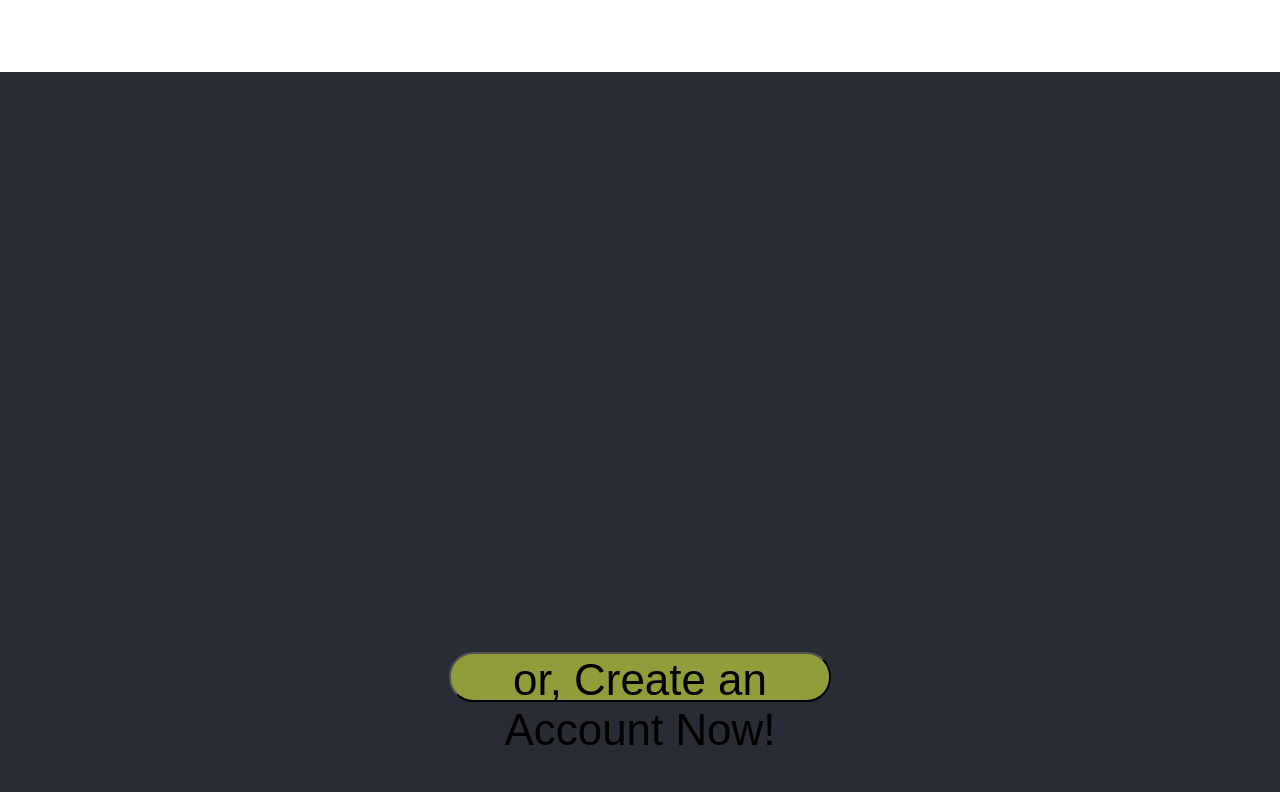
Repository: MikeTroianello/phos-react
Page: /
The author's editor kept a copy of each file at every save. The page is drawn from the files as they stood at one save, then again after the next save.
The browser window is 1280 px wide. The pictures show the whole page.
The project was rebuilt for these pictures with package versions that can differ from the ones it lists, and the page was loaded fresh each time.

Above is the page before, as saved 2020-06-02 00:23:21.

### src/App.js
import React from 'react';
import logo from './logo.svg';
import './App.css';
import Card from './components/card/Card';

function App() {
  return (
    <div className='App'>
      <header className='App-header'>
        <Card />
      </header>
    </div>
  );
}

export default App;

### src/components/card/Card.js
import React from 'react';
import './card.css';

class Card extends React.Component {
  state = {
    signup: false,
  };
  render() {
    let toggle;
    let thing;
    this.state.signup
      ? (toggle = 'Go back to Login')
      : (toggle = 'or, Create an Account Now!');
    this.state.signup ? (thing = 'card flipped') : (thing = 'card');
    return (
      <div className='signup-login-container'>
        <section className='container'>
          <div className={thing}>
            <div className='front card-div'></div>
            <div className='back card-div'></div>
          </div>
        </section>
        <button className='create-button' onClick={this.toggle}>
          {toggle}
        </button>
      </div>
    );
  }
}

export default Card;

### src/components/card/card.css
.homepage-top {
  display: flex;
  justify-content: space-evenly;
  flex-wrap: wrap;
  height: 82vh;
}

@media (min-width: 427px) and (max-width: 976px) {
  .homepage-top {
    height: 150vh;
    background-position: 0% 22%;
  }
}

/* @media (max-width: 427px) {
  .homepage-top {
    height: 1200px;
    background-position: 0% 22%;
  }
} */

.homepage-greet {
  margin-top: 6vh;
}

.homepage-greet h1 {
  font-size: 6em;
}

.homepage-greet p {
  font-size: 2em;
}

.homepage-separation {
  height: 1vh;
  width: auto;
  background-color: rgba(148, 151, 168, 0.9);
  margin-top: -1vh;
}

.homepage-sad {
  margin: 5vw;
  /* margin-left: 5vw; */
}

.homepage-sad h2 {
  font-size: 5em;
  text-align: center;
}

.homepage-sad h4 {
  font-size: 2.5em;
  text-align: center;
  margin: 10vw;
}

.homepage-sad p {
  font-size: 1.75em;
  text-align: center;
}

.homepage-sunlog {
  display: flex;
  justify-content: space-between;
  flex-wrap: wrap;
}

.sunlog-description {
  margin-left: 5vw;
  text-align: center;
  max-width: 700px;
}

.sunlog-description h2 {
  font-size: 3em;
}

.sunlog-description p {
  font-size: 1.3em;
  margin: 7vh 0;
}

.sunlog-example {
  display: flex;
  flex-direction: column;
  /* max-width: 98%; */
  padding: 1%;
}

.sunlog-example h4 {
  text-align: center;
  margin: 0 0 2vh 0;
}

.sunlog-create {
  margin: 10vh 0;
}

.footer {
  /* position: absolute; */
  /* bottom: 0;
  width: 100%; */
  border-top: 1px solid black;
  display: flex;
  justify-content: space-evenly;
  background-color: rgb(119, 159, 219);
  overflow: auto;
}

.footer-button {
  margin: 3vh 0;
  height: 50%;
  width: 122px;
  font-size: 1em;
  background-color: rgb(224, 242, 243);
}

.footer-button:hover {
  transition: 0.25s;
  background-color: rgb(183, 207, 218);
}

/* .footer-contact {
  text-align: center;
} */

/* FOR THE FOOTER LOGO */

.footer-logo {
  display: flex;
  align-items: center;
  /* color: white; */
  padding: 1px 6px 0;
  font-weight: bold;
  border-style: solid;
  /* border-color: White; */
  width: 40px;
  /* border-width: 2px; */
  margin: 30px 0;
}

.mt-logo {
  margin: 3px 0;
  text-align: center;
}

/* EVERYTHING BELOW HERE IS FOR THE CARD FLIP ANIMATION AND POSSIBLY A VIDEO PLAYER */

.signup-login-container {
  margin: 5vh 0 0 0;
  display: flex;
  flex-direction: column;
  max-width: 425px;
  align-items: center;

  /* color: green; */
}

.create-button {
  width: 90%;
  height: 50px;
  border-radius: 1ch;
  font-size: 1.8em;
  margin: 15vh 0 0 0;
  /* background-color: rgba(93, 87, 87, 0.7); */
  background-color: rgba(180, 194, 60, 0.75);
}

@media (min-height: 760px) {
  .create-button {
    margin: 18vh 0 0 0;
  }
}

@media (min-width: 450px) and(max-width: 580px) {
  .homepage-greet h1 {
    font-size: 5em;
  }
  .homepage-greet p {
    text-align: center;
  }
}

@media (max-width: 450px) {
  .homepage-greet h1 {
    font-size: 4em;
  }

  .homepage-greet p {
    text-align: center;
  }
}

.create-button:hover {
  transition: 0.3s;
  background-color: rgba(93, 87, 87, 0.8);
}

.container {
  width: 420px;
  height: 345px;
  position: relative;
  -webkit-perspective: 1000px;
  -moz-perspective: 1000px;
  -o-perspective: 1000px;
  perspective: 1000px;
}
.card {
  width: 100%;
  height: 100%;
  position: absolute;

  -webkit-transition: -webkit-transform 1s;
  -moz-transition: -moz-transform 1s;
  -o-transition: -o-transform 1s;
  transition: transform 1s;
  -webkit-transform-style: preserve-3d;
  -moz-transform-style: preserve-3d;
  -o-transform-style: preserve-3d;
  transform-style: preserve-3d;
  -webkit-transform-origin: 50% 50%;
}

.card-div {
  display: block;
  height: 100%;
  width: 100%;
  /*     line-height: 260px; */
  /*     color: white; */
  text-align: center;
  font-weight: bold;
  /*     font-size: 140px; */
  position: absolute;
  -webkit-backface-visibility: hidden;
  -moz-backface-visibility: hidden;
  -o-backface-visibility: hidden;
  backface-visibility: hidden;
}
.card .front {
  /* background: red; */
  /* background-color: rgba(255, 255, 255, 0.2); */
}
.card .back {
  /* background: blue; */
  /* background-color: rgba(255, 255, 255, 0.2); */
  -webkit-transform: rotateY(180deg);
  -moz-transform: rotateY(180deg);
  -o-transform: rotateY(180deg);
  transform: rotateY(180deg);
}
.card.flipped {
  -webkit-transform: rotateY(180deg);
  -moz-transform: rotateY(180deg);
  -o-transform: rotateY(180deg);
  transform: rotateY(180deg);
}

/* FOR THE VIDEO */

#myVideo {
  position: fixed;
  right: 0;
  bottom: 0;
  min-width: 100%;
  min-height: 100%;
}

/* Add some content at the bottom of the video/page */
.content {
  position: fixed;
  bottom: 0;
  background: rgba(0, 0, 0, 0.5);
  color: #f1f1f1;
  width: 100%;
  padding: 20px;
}

/* Style the button used to pause/play the video */
#myBtn {
  width: 200px;
  font-size: 18px;
  padding: 10px;
  border: none;
  background: #000;
  color: #fff;
  cursor: pointer;
}

#myBtn:hover {
  background: #ddd;
  color: black;
}

@media (max-width: 426px) {
  .container {
    max-width: 315px;
    perspective: 0px;
  }

  .create-button {
    margin: 3vh 0 0 0;
  }

  .signup-login-container {
    margin: 0;
  }

  .homepage-top {
    height: 136vh;
  }

  .create-button {
    width: 100%;
    height: auto;
  }

  .signup {
    height: 340px;
  }
}

@media (max-width: 375px) {
  .homepage-sad {
    margin: 0;
    text-align: center;
  }

  .sunlog-description {
    margin: 0;
  }
}

@media (max-width: 470px) {
  .footer-button {
    display: none;
  }

  .footer-contact {
    font-size: 0.8em;
    text-align: start;
    margin-top: 17px;
  }

  .footer-contact p {
    margin: 7px 0 0;
  }

  .footer-logo {
  }
}

/* NAVBAR */

.navbar {
  display: flex;
  justify-content: space-between;
  align-items: center;
  border-bottom: 1px solid black;
  height: 10vh;
  position: fixed;
  width: 100%;
  top: 0;
  background-color: rgb(142, 194, 234);
  /* background-color: rgb(180, 214, 241) */
  z-index: 1;
  /* overflow: hidden; */
}

.nav-links {
  display: flex;
  justify-content: space-around;
  width: 50%;
}

@media (min-width: 730px) and (max-width: 850px) {
  .nav-links {
    width: 60%;
  }
}
@media (min-width: 427px) and (max-width: 730px) {
  .nav-links {
    width: 80%;
    font-size: 0.75em;
  }

  .logged-in-user {
    font-size: 0.75em;
  }
}

@media (max-width: 426px) {
  .nav-links {
    width: 100%;
    font-size: 0.75em;
  }

  .logged-in-user {
    display: none;
  }
}

.logged-in-user {
  margin: 0 0 0 2vw;
}

.nav-links a {
  color: black;
  text-decoration: none;
  font-size: 1.5em;
}

.nav-links a:hover {
  transition: 0.2s;
  color: rgb(1, 24, 128);
  /* text-decoration: underline; */
}

.chosen {
  color: rgb(30, 4, 95);
  text-decoration: underline;
}

.App {
  text-align: center;
  margin-top: 10vh;
}

.App-header {
  background-color: #282c34;
  min-height: 100vh;
  display: flex;
  flex-direction: column;
  align-items: center;
  justify-content: center;
  font-size: calc(10px + 2vmin);
  color: white;
}

.App-link {
  color: #09d3ac;
}

h1 {
  text-align: center;
}

i {
  text-align: center;
}

a {
  text-decoration: none;
}

.top-push {
  margin-top: 12.25vh;
}

/* CREATE LOGS */

.log-head {
  /* display: flex; */
  border-bottom: 1px solid black;
}

.log-head > span {
  justify-content: space-between;
  margin: -21px 0px 0px;
}

.name-and-gender {
  display: flex;
  justify-content: space-around;
  align-items: center;
  /* border: 1px solid black; */
  /* justify-content: space-evenly; */
}

.name-and-gender > div {
  width: 30%;
}

.name-box {
  min-width: 45%;
  text-align: center;
}

@media (max-width: 375px) {
  .name-box {
    font-size: 0.75em;
  }
}

.weather-box {
  text-align: center;
  margin-top: -3.5%;
  /* max-width: 45%; */
  /* border-bottom: 1px solid black; */
  /* border-left: 1px solid black; */
  /* border-radius: 2%; */
}

.weather-box > p {
  /* max-width: 45%; */

  font-size: 0.75em;
  margin-top: 7px;
  margin-bottom: 2px;
}

.weather-icon {
  margin: -43px 0px -36px;
  /* margin: -41px 15px -36px; */
  /* border: 1px solid black; */
  /* FOR MOBILE margin:-6.7vh 4.98vw */
}

.gradient {
  background: rgb(2, 10, 46);
  background: linear-gradient(
    90deg,
    rgba(2, 10, 46, 1) 0%,
    rgba(12, 35, 135, 1) 30%,
    rgba(87, 139, 53, 1) 59%,
    rgba(255, 195, 66, 1) 100%
  );
}

.red {
  color: red;
  text-align: center;
}
.false {
  color: red;
  text-align: center;
}

.green {
  color: rgb(16, 116, 16);
  text-align: center;
}

.black {
  color: black;
  text-align: center;
}

/* VIEW ALL LOGS PAGE */

.view-header {
  display: flex;
  flex-wrap: wrap;
  justify-content: space-evenly;
  /* border-bottom: 1px dotted black; */
}

.view-header > div > h1 {
  margin: 0px 0 4vh 0;
}

.create-log-link {
  text-align: center;
}

.log-box {
  display: flex;
  flex-wrap: wrap;
  justify-content: space-evenly;
}

.log {
  border: 1px solid black;
  margin: 5vh 1.4vw;
  padding: 0 1vw;
  border-radius: 10px;
  width: 550px;
  box-shadow: 2px 2px #9398a2;
  background-color: #baccf1;
  /* min-width: 420px; */
}

.mock-log {
  border: 1px solid black;
  margin: 5vh 1.4vw;
  padding: 0 1vw;
  border-radius: 10px;
  max-width: 550px;
  box-shadow: 2px 2px #9398a2;
  background-color: #baccf1;
}

.log h2 {
  text-align: center;
}

.weather-audit {
  border: 1px solid black;
  margin: 1vh;
  padding: 0 1vw;
  max-width: 500px;
}

.header {
  display: flex;
  justify-content: space-between;
  border-bottom: 1px dashed black;
  text-align: center;
}

.header > span {
  font-size: 16px;
  width: 25%;
  font-weight: bold;
  text-align: center;
}

.weather-average-header {
  display: flex;
  justify-content: space-between;
  text-align: center;
}

.weather-average-header span {
  width: 22%;
  text-align: center;
}

.filter-box {
  display: flex;
  flex-wrap: wrap;
  justify-content: space-around;
  align-items: center;
  border-top: 1px dotted black;
}

.gender-filter {
  text-align: center;
}

.gender-filter button {
  background-color: rgb(233, 30, 99);
  border-radius: 50%;
  height: 50px;
  width: 100px;
  font-size: 1em;
}

.gender-filter button:hover {
  transition: 0.2s;
  background-color: rgb(240, 97, 130);
}

.view-default-logs {
  background-color: rgba(234, 60, 100, 1);
  height: 50px;
  font-size: 1em;
  font-weight: bold;
  border-radius: 3ch;
  margin-top: 1vh;
}

.view-default-logs:hover {
  transition: 0.2s;
  background-color: rgb(240, 97, 130);
}

.gender {
  margin-left: 2vw;
  /* text-align: end; */
}

.mood-and-productivity {
  display: flex;
  justify-content: space-evenly;
  text-align: center;
}

.mood-and-productivity > h3 {
  width: 40%;
  /* display: flex;
  justify-content: space-between; */
  border: 1px solid black;
}

.mood-and-productivity > h3 > p {
  color: red;
}

/* SIGNUP */
.signup {
  border: 2px solid black;
  overflow: hidden;
  background-color: rgba(250, 250, 250, 0.55);
  border-radius: 17px;
  display: flex;
  flex-direction: column;
  /* justify-content: flex-end; */
  min-height: 300px;
  height: 333px;
  max-width: 400px;
  margin: 2vw 0;
  padding: 2vh 1vw 0;
}

@media (min-height: 760px) {
  .signup {
    height: 365px;
  }
}

/* .signup > form {
  min-height: 280px;
} */

.signup-button {
  display: flex;
  /* align-items: flex-end; */
  justify-content: center;
}

.signup-button > button {
  margin-top: 1vh;
  font-size: 2em;
  height: 50px;
  width: 60%;
  border-radius: 1ch;
  margin-bottom: 2vh;
  background-color: rgba(114, 185, 240, 0.75);
}

.signup-button > button:hover {
  transition: 0.3s;
  background-color: rgba(114, 185, 240, 0.9);
}

.login-button {
  display: flex;
  /* align-items: flex-end; */
  justify-content: center;
}

.login-button > button {
  margin-top: 6vh;
  font-size: 2em;
  height: 50px;
  width: 60%;
  border-radius: 1ch;
  margin-bottom: 3vh;
  background-color: rgba(114, 185, 240, 0.75);
}

.login-button > button:hover {
  transition: 0.3s;
  background-color: rgba(114, 185, 240, 0.9);
}

.signup-header {
  text-align: center;
  font-size: 1.66em;
  margin-bottom: 2vh;
}

.form-piece {
  display: flex;
  justify-content: space-between;
  margin: 2vh 0;
}

.login-form-piece {
  font-size: 1.5em;
  margin: 20px 0;
}

.signup-message {
  /* margin: 5vh 0; */
  color: red;
  text-align: center;
}

/* THIS IS YOUR PROFILE PAGE */

.profile-header {
  display: flex;
}

.profile-date > span {
  font-size: 1.25em;
}

.cog {
  justify-content: end;
}

.profile-log-head {
  display: flex;
  justify-content: space-around;
}

@media (max-width: 345px) {
  .log h2 {
    font-size: 1em;
  }
}

.profile-mood-box {
  display: flex;
  /* flex-direction: column; */
  justify-content: space-evenly;
  align-items: center;
  flex-wrap: wrap;
}

.no-log-created {
  font-size: 3em;
  text-align: center;
  margin-top: 15vh;
}

.sort-by-age-box {
  display: flex;
  justify-content: center;
}

.sort-by-age {
  height: 50px;
  width: 45%;
  border-radius: 10px;
  font-size: 1.2em;
  background: rgba(69, 140, 216, 0.6);
  margin: 5% 0 0 0;
}

.sort-by-age:hover {
  transition: 0.25s;
  background: rgba(69, 140, 216, 0.9);
}

@media (max-width: 800px) {
  .sort-by-age {
    width: 75%;
  }
}

.weather-box-profile {
  margin-top: -0.5%;
}

@media (max-width: 425px) {
  .view-profile-overall-happiness {
    text-align: center;
  }
}

/* CREATE A LOG */

.create-log-page {
  display: flex;
  justify-content: center;
}

.create-log {
  border: 1px solid black;
  border-radius: 5px;
  margin: 1% 1% 0;
  text-align: center;
  max-width: 450px;
  height: 550px;
}

.create-log-button {
  width: 90%;
  height: 50px;
  border-radius: 1ch;
  font-size: 1.8em;
  margin: 0 0 2vh 0;
  /* background-color: rgba(93, 87, 87, 0.7); */
  background-color: rgba(180, 194, 60, 0.75);
}

.one-through-five-box {
  color: blue;
  font-weight: 100;
}

.one-through-five {
  display: flex;
  justify-content: space-around;
}

.one-through-five > span {
  margin: 12px 0;
  padding: 6px 11px;
  border: 2px solid blue;
  border-radius: 50%;
}

.one-through-five > button {
  margin: 12px 0;
  padding: 6px 11px;
  border: 2px solid blue;
  border-radius: 50%;
}

.one-through-five > #mood {
  color: rgb(15, 120, 218);
  margin: 12px 0;
  padding: 6px 6px;
  border: 2px solid blue;
  border-radius: 50%;
}

.one-through-five > #mood:hover {
  transition: 0.2s;
  background-color: rgba(250, 148, 148, 0.8);
}
.one-through-five > span:hover {
  transition: 0.2s;
  background-color: lightblue;
}

.one-through-five > span:focus {
  background-color: lightcoral;
}

.one-through-five > button:hover {
  transition: 0.2s;
  background-color: lightblue;
}

.one-through-five > button:focus {
  background-color: lightcoral;
}

#mood:target {
  background-color: black;
}

:target {
  background-color: black;
}

/* SETTINGS PAGE */

.settings-top {
  display: flex;
  flex-direction: column;
  justify-content: center;
  align-items: center;
  text-align: center;
}

.settings {
  /* border-left: 1px solid black;
  border-right: 1px solid black; */
  width: 54%;
  border-left: 3px solid black;
  border-right: 3px solid black;
  border-bottom: 2px solid black;
  margin-bottom: 3vh;
  padding: 1%;
  background: #a9c3e0;
}

@media (max-width: 700px) {
  .settings {
    width: 93%;
  }
}

.settings-change-preferences {
  border-top: 2px solid black;
  border-bottom: 2px solid black;
  padding-bottom: 2vh;
  margin-top: 2vh;
}

.settings-change-preferences-button {
  height: 30px;
  width: 27%;
  min-width: 120px;
  border-radius: 10px;
  font-size: 0.85em;
  background: rgba(224, 166, 166, 0.7);
}

.settings-change-preferences-button:hover {
  transition: 0.25s;
  background: rgba(235, 160, 160, 0.95);
}

.settings-change-info {
  display: flex;
  flex-direction: column;
  align-items: center;
  border-bottom: 2px solid black;
  padding-bottom: 2vh;
}

.change-account-sub-box {
  display: flex;
  justify-content: space-between;
  width: 275px;
}

.settings-change-password {
  border-top: 2px solid black;
  margin-top: 2vh;
}

.change-password-super-box {
  display: flex;
  justify-content: center;
}

.change-password-box {
  display: flex;
  flex-direction: column;
  justify-content: center;
  width: 275px;
}

.change-password-sub-box {
  display: flex;
  justify-content: space-between;
}

.settings-change-button {
  color: white;
  font-size: 1em;
  height: 35px;
  width: 30%;
  margin: 6vh 0 3vh;
  border-radius: 1ch;
  background-color: rgba(36, 100, 184, 0.8);
  align-self: center;
}

.settings-change-button:hover {
  transition: 0.2s;
  background-color: rgba(19, 71, 139, 0.8);
}

.delete {
  background-color: rgba(255, 0, 0, 0.75);
  /* box-shadow: 1px 1px rgb(16, 15, 15); */
  font-size: 1.5em;
  height: 52px;
  width: 200px;
  margin: 3%;
  border-radius: 2ch;
  border: 2px solid black;
}

.delete:hover {
  transition: 0.3s;
  background-color: rgba(255, 0, 0, 0.9);
}

.confirmDelete {
  margin: 3vh 0 0 0;
}

/* MOBILE */

@media (min-width: 425px) and (max-width: 770px) {
  .header-productivity {
    width: 27% !important;
  }
}

@media (max-width: 420px) {
  .filter-box > div {
    width: 100%;
    margin: 2vh 0;
    text-align: center;
  }

  .weather-box > p {
    margin-left: 9px;
  }

  .logged-in-user {
    margin: 0 0 0 2vw;
    font-size: 0.7em;
  }

  .create-button {
    width: 90%;
    margin: 8% 5% 2%;
  }

  .header-productivity {
    width: 31% !important;
  }
}

@media (min-width: 370px) and (max-width: 419px) {
  .header-productivity {
    width: 31% !important;
  }
}

@media (max-width: 1500px) {
  .settings-change-button {
    width: 250px;
    /* width: 85%; */
  }
}

Loaded but not shown: public/index.html (common file); src/index.js (common file); src/index.css (common file); src/serviceWorker.js (common file); src/App.css (common file)

After the next save:
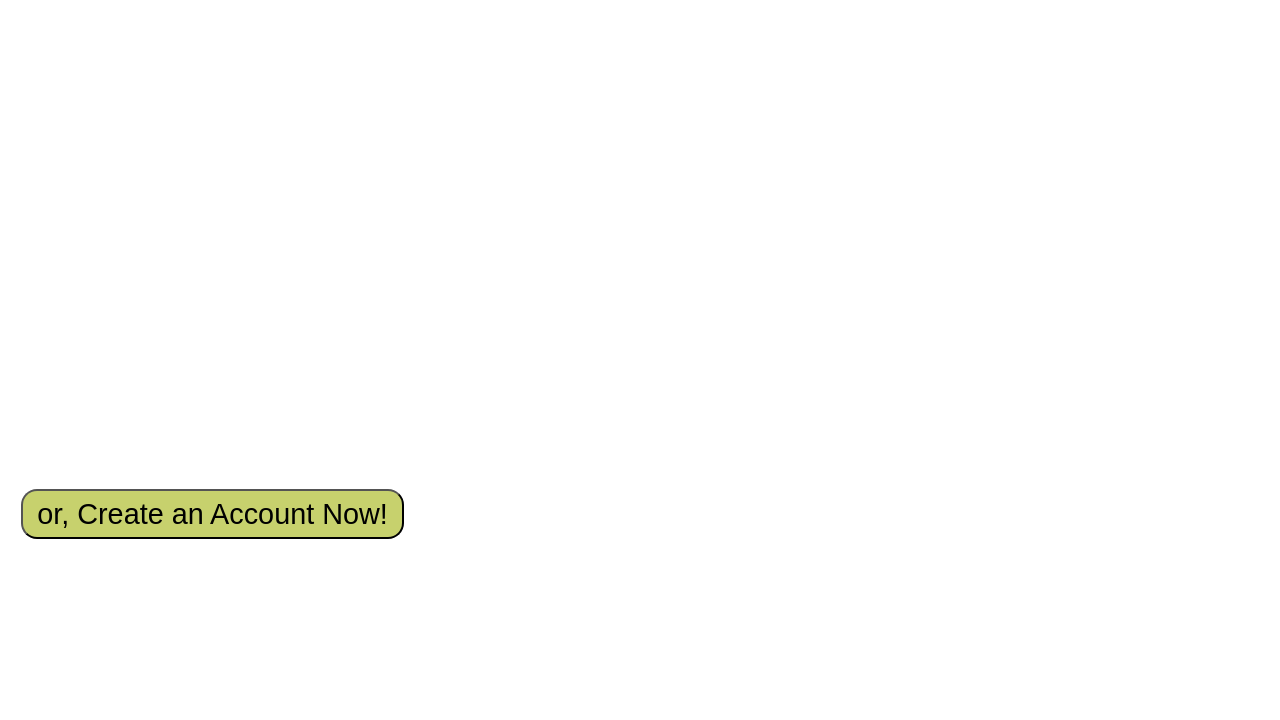
Saved 17 s later.
--- a/src/App.js
+++ b/src/App.js
@@ -5,10 +5,8 @@ import Card from './components/card/Card';
 
 function App() {
   return (
-    <div className='App'>
-      <header className='App-header'>
-        <Card />
-      </header>
+    <div>
+      <Card />
     </div>
   );
 }
